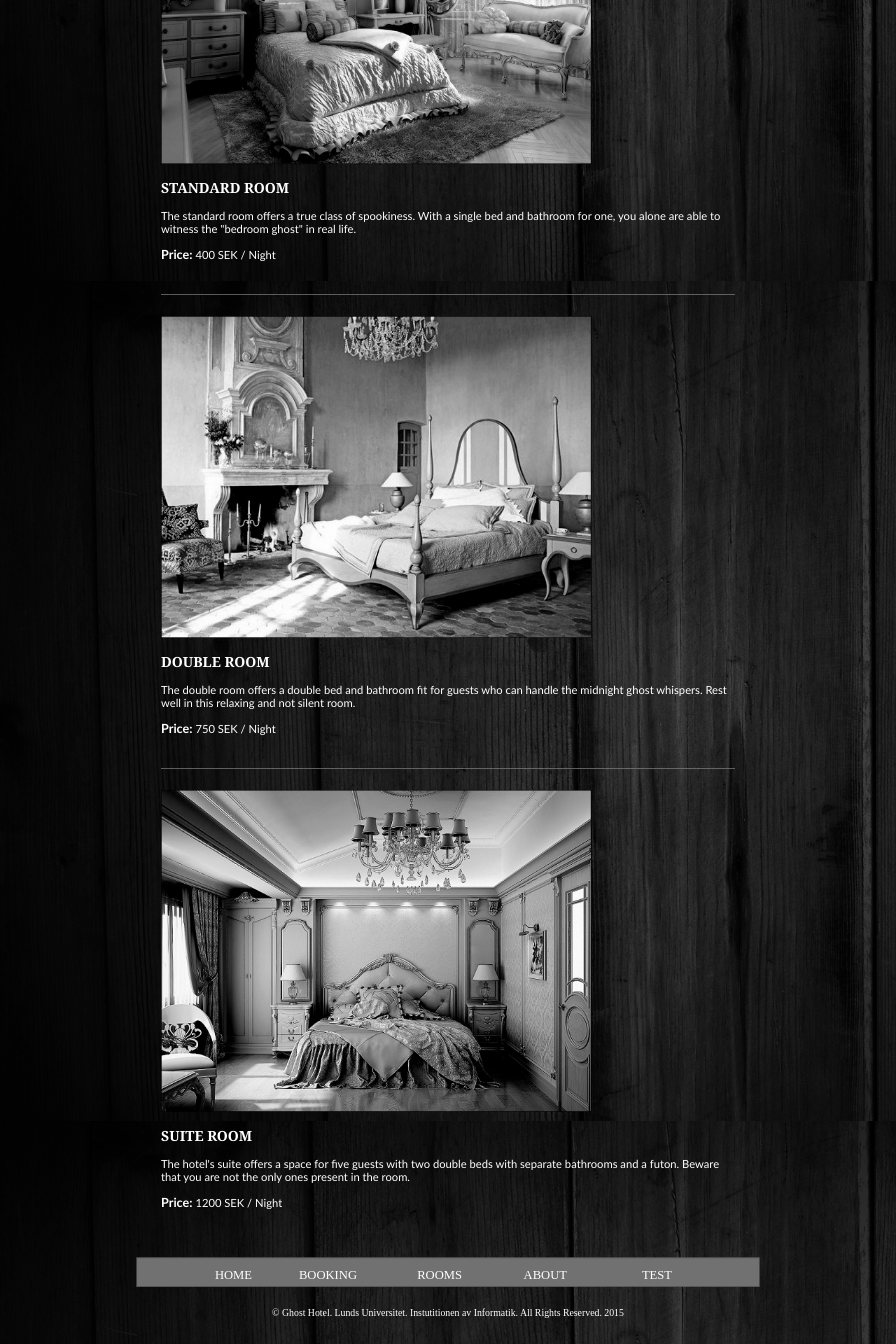
Repository: shelleylv/planb
Page: Client2/WebContent/Rooms.html
The author's editor kept a copy of each file at every save. The page is drawn from the files as they stood at one save, then again after the next save.
The browser window is 1280 px wide. The pictures show the part of the page from y = 799 to 2719 px (the page is 2719 px tall before and 2716 px after), at 70% of full size.
Backgrounds fixed to the window are drawn as part of the page.

Above is the page before, as saved 2015-04-05 19:36:25.

### Client2/WebContent/Rooms.html
<!DOCTYPE html>
<html>
<head>
	<meta charset="UTF-8">
	<title>Ghost Hotel</title>
	<link rel="stylesheet" href="css/style.css" type="text/css">
</head>
<div id="page">
			<div id="header">
				<img src ="bilder/ghlogo.jpg" alt="header"/>
				<div id="navigation">
					<ul>
						<li class="selected">
						<a href="Startpage.html"><strong>Home</strong></a>
						</li>
						<li>
							<a href="Booking.jsp"><strong>Booking</strong></a>
						</li>
						<li>
							<a href="Rooms.html"><strong>Rooms</strong></a>
						</li>
						<li>
							<a href="About.html"><strong>About</strong></a>
						</li>
						<li>
							<a href="Test.html"><strong>Test</strong></a>
						</li>
					</ul>
				</div>
			</div>
			<div id="contents">
				<div id="roompage">
					<div>
						<div id="roombox">
							<h4> At the Ghost Hotel, we offer a different variety of rooms for guests brave enough to stay a night with all of our unseen guests. Have a look to see which room suits your courage.</h4>
							<ul id="rooms">
								<li>
									<img src="bilder/standardroom.jpg" alt="Img">
									<h2>Standard Room</h2>
									<p>
										The standard room offers a true class of spookiness. With a single bed and bathroom for one, you alone are able to witness the "bedroom ghost" in real life.
									</p>
									<p><span>Price:</span> 400 SEK / Night </p>
								</li>

								<li>
									<img src="bilder/doubleroom.jpg" alt="Img">
									<h2>Double Room</h2>
									<p>
										The double room offers a double bed and bathroom fit for guests who can handle the midnight ghost whispers. Rest well in this relaxing and not silent room.
									</p>
									<p><span>Price:</span> 750 SEK / Night </p>
								</li>
								<li>
									<img src="bilder/suiteroom.jpg" alt="Img">
									<h2>Suite Room</h2>
									<p>
										The hotel's suite offers a space for five guests with two double beds with separate bathrooms and a futon. Beware that you are not the only ones present in the room.
									</p>
									<p><span>Price:</span> 1200 SEK / Night </p>
								</li>
							</ul>
						</div>
					</div>
				</div>
			</div>
		</div>
	<div id="footer">
		<div>
			<ul class="navigation">
				<li class="active">
						<a href="Startpage.html">Home</a>
					</li>
					<li>
						<a href="Booking.jsp">Booking</a>
					</li>
					<li>
						<a href="Rooms.html">Rooms</a>
					</li>
					<li>
						<a href="About.html">About</a>
					</li>
					<li>
						<a href="Test.html">Test</a>
					</li>
			</ul>
		</div>
		<p> © Ghost Hotel. Lunds Universitet. Instutitionen av Informatik. All Rights Reserved. 2015</p>
	</div>
<body>
</body>
</html>

### Client2/WebContent/css/style.css
/*---------DESIGN----------------*/

body{
	background-image: url("../bilder/backgroundwood.jpg");
	background-attachment: fixed;
}


#page{
	width: 1000px;
	margin: auto;
}

#header{
	width: 1000px;
	margin: auto;
}


/*---------CONTENTS--------------*/
#contents{
	border: none;
}

#contents h1{
	color: white;
	font-family: Times New Roman;
	font-size: 20px;
}

#contents h2{
	color: white;
	font-family: Times New Roman;
	font-size: 20px;
}

#contents p{
	color: white;
	font-family: Trebuchet MS;
	font-size: 18px;
}

/*------------ABOUTBOX-------*/
#aboutbox{
	width: 820px;
	margin: auto;
	padding: 4px 5px 18px;
	border: none;
}

/*------ABOUTUS-----------*/

#aboutus h1{
	color: white;
	font-family: Georgia, Times New Roman;
	text-decoration: none;
	font-size: 20px;
}

#aboutus h2{
	color: white;
	font-family: Georgia, Times New Roman;
	font-size: 20px;
}

#aboutus p {
	color: white;
	font-family: Trebuchet MS;
	font-size: 16px;
}

#aboutus img{
	float: right;
	border: 3px solid black;
	margin-right:-90px;
	margin-top: 20px;
}

/*----------------NAVIGATION------------------*/

#navigation{
	background-color: #EDEDED;
	clear: both;
	height: 40px;
	width: 1000px;
	margin: auto;
}

#navigation ul{
	display: inline-block;
	width: 1000px;
	list-style: none;
	margin: 0;
	padding: 0;
}

#navigation li{
	float:left;
	height: 20px;
	width: 100px;
	margin-left: 65px;
	padding: 10px;
	text-align: center;
}

#navigation li:first-child{
	margin-left: 0
	padding-left: 0;
}

#navigation li a{
	color: black;
	display: block;
	text-decoration: none;
	text-transform: uppercase;
	font-family: Times New Roman;
	font-size: 20px;

}

#navigation li a:hover {
	color: red;
}

/*--------------MAIN--------------*/
#main {
	width: 820px;
	margin: auto;
	padding: 20px 5px 18px;
}

#main p{
	font-size: 16px;
	font-family: Trebuchet MS;
	text-align: left;
	color: white;
	text-transform: none;
}

#main h1{
	font-family: Georgia, Times New Roman;
	font-size: 35px;
	text-transform: uppercase;
	text-align: center;
	color: white;

}


/*-------------INFOBOX------------*/

#infobox{
	float: right;
	position: static;
	width: 220px;
	height: 520px;
	margin: 20px 20px 5px 20px;
	padding-top:25px;
}

/*---------------SIDEBOX----------------*/
.sidebox{
	height: 150px;
	width: 220px;
	margin-bottom: 15px;
	margin-top: 20px;
}

.sidebox img{
	height: 150px;
	width: 220px;
}


/*--------------BOOKINGBOX-----------*/

#bookingbox{
	width: 820px;
	margin: auto;
	padding: 10px;
}

#bookingbox p{
	font-family: Georgia, Times New Roman;
	font-weight: bold;
	font-size: 18px;
}

/*------------BOOKING---------*/

#booking{
	background-color: none;
	width: 770px;
	float: left;
	height: 400px;
	border: none;
	padding: 20px;
}

#booking label{
	color: white;
	font-size: 20;
	font-family: Trebuchet MS;
}

#booking p{
	font-family: Georgia, Times New Roman;


}



/*---------RESULTBOX-----------*/
#resultbox {
	border:1px dashed black;
	float: right;
	width: 550px;
	height: 400px;
	margin: auto;
	padding: 0px 10px 10px 10px ;
	overflow: scroll;
}

#resultbox p{
	color: white;
	font-family: Georgia, Times New Roman;
	font-size: 17px;

}

#resultbox span{
	font-weight: bold;
	font-family: Trebuchet MS;
	font-size: 16px;
}

#pris {
	font-weight: nomal;
}

/*-----------ROOMBOX----------*/

#roombox{
	border: none;
	width: 820px;
	margin: auto;
	padding: 4px 5px 18px;
}

#roombox h2{
	text-transform: uppercase;
	font-family: Times New Roman;
	color: white;
	font-size: 20px;
}

#roombox p {
	font-family: Trebuchet MS;
	font-size: 16px;
	color: white;
}

#roombox h4{
	color: white;
	font-family: Georgia, Times New Roman;

}
#roombox h2{
	font-family: Georgia, Times New Roman;
	color: white;
}

/*----ROOMS----*/

#rooms{
	list-style: none;
	margin: 0;
	padding: 0;
}

#rooms li{
	display: block;
	width: 750;
	border-top: 1px solid grey;
	padding: 30px 0;
	position: relative;
}

#rooms li:first-child{
	border-top:0;
}

#rooms li img{
	float: none;
	border: 1px solid black;
	margin-right: 15px;
}


#rooms span{
	color: white;
	font-family: Trebuchet MS;
	font-size: 18px;
	font-weight: bold;
}

/*-----------FOOTER------------------*/

#footer{
	color: white;
	font-size: 14px;
	line-height: 48px;
	margin: -38px 0 20px;
	padding-top: 42px;
	text-transform: uppercase;
	clear:both
}

#footer > div {
	background-color:#717171;
	height: 40px;
	width: 850px;
	border-bottom: 1px solid #4F4F4F;
	border-top: 1px solid #4F4F4F;
	margin: 0 auto;
	padding: 0 20px;
	text-align: right;
}

#footer ul.navigation {
	display: inline-block;
	list-style: none;
	margin: 0;
	padding: 0;
	float: left;
}

#footer ul.navigation li {
	float: left;
	height: 50px;
	width:100px;
	margin-left: 50px;

}
#footer ul.navigation li a {
	color: white;
	padding: 5px;
	text-decoration: none;
	font-family:Times New Roman;
	font-size:18px;
}

#footer ul.navigation li:first-child a {
	border-left: 0;
	padding-left: 0;
}

#footer ul.navigation li a:hover {
	color: red;
}

#footer p {
	color: white;
	margin: center;
	text-align: center;
	text-transform: none;
}

After the next save:
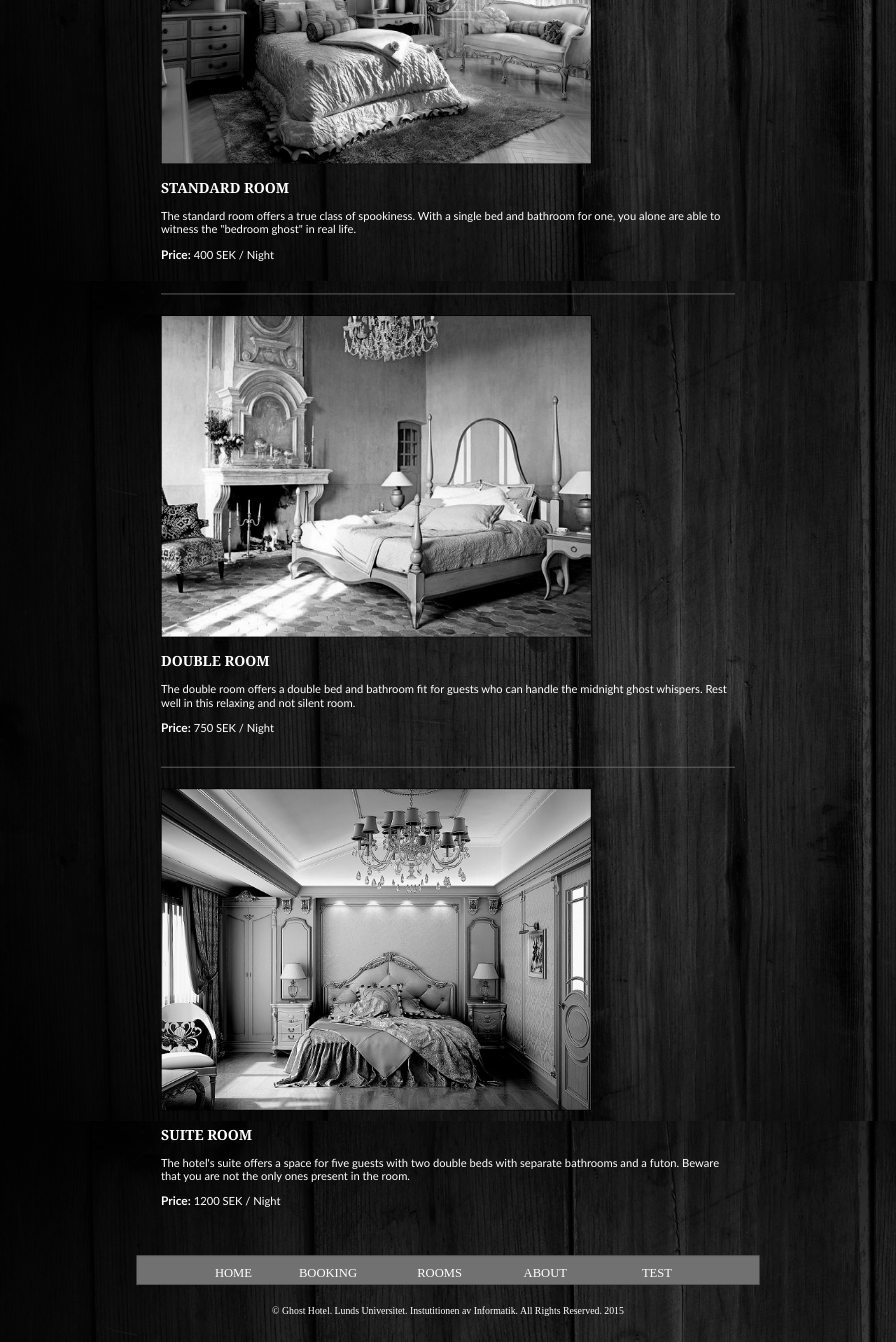
Saved 10 s later.
--- a/Client2/WebContent/css/style.css
+++ b/Client2/WebContent/css/style.css
@@ -301,7 +301,7 @@
 #rooms span{
 	color: white;
 	font-family: Trebuchet MS;
-	font-size: 18px;
+	font-size: 17px;
 	font-weight: bold;
 }
 
